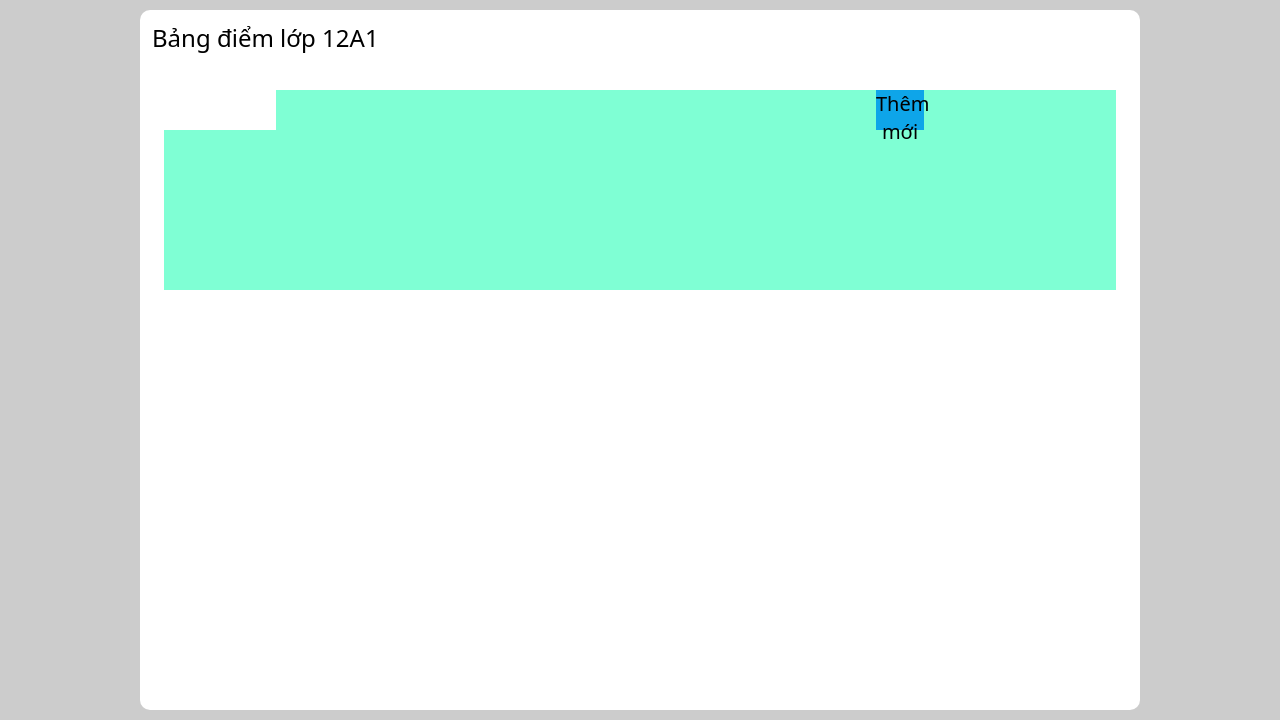
Repository: doducthuan/ReactJS-Movie
Page: /
These files come from the project's save history. The page is drawn as it stood at one moment and after the next save; the edit follows.
The browser window is 1280 px wide. The pictures show the whole page.
The project was rebuilt for these pictures with package versions that can differ from the ones it lists, and the page was loaded fresh each time. Also part of the build but not shown: src/App.css.

Above is the page before, as saved 2024-01-13 05:58:08.

After the next save:
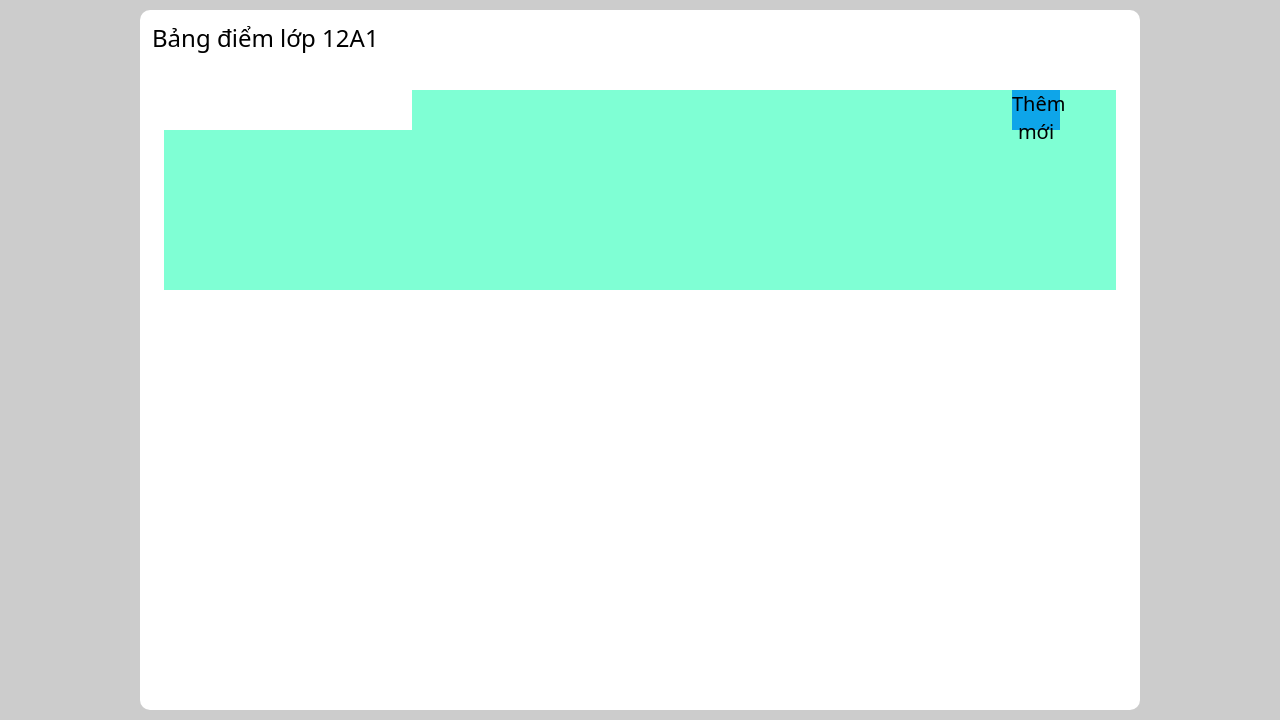
Saved 7 s later.
--- a/src/components/students/Students.js
+++ b/src/components/students/Students.js
@@ -6,7 +6,7 @@ const Students = () => {
             <div className="border-data">
                 <p className="font-sans text-2xl ml-3 mt-3">Bảng điểm lớp 12A1</p>
                 <div className="search-add mt-9 ml-6 mr-6 flex">
-                    <input className="search-all w-28 h-10"/>
+                    <input className="search-all w-46 h-10"/>
                     <button className="font-sans text-xl bg-sky-500 w-12 h-10">Thêm mới</button>
                 </div>
             </div>
